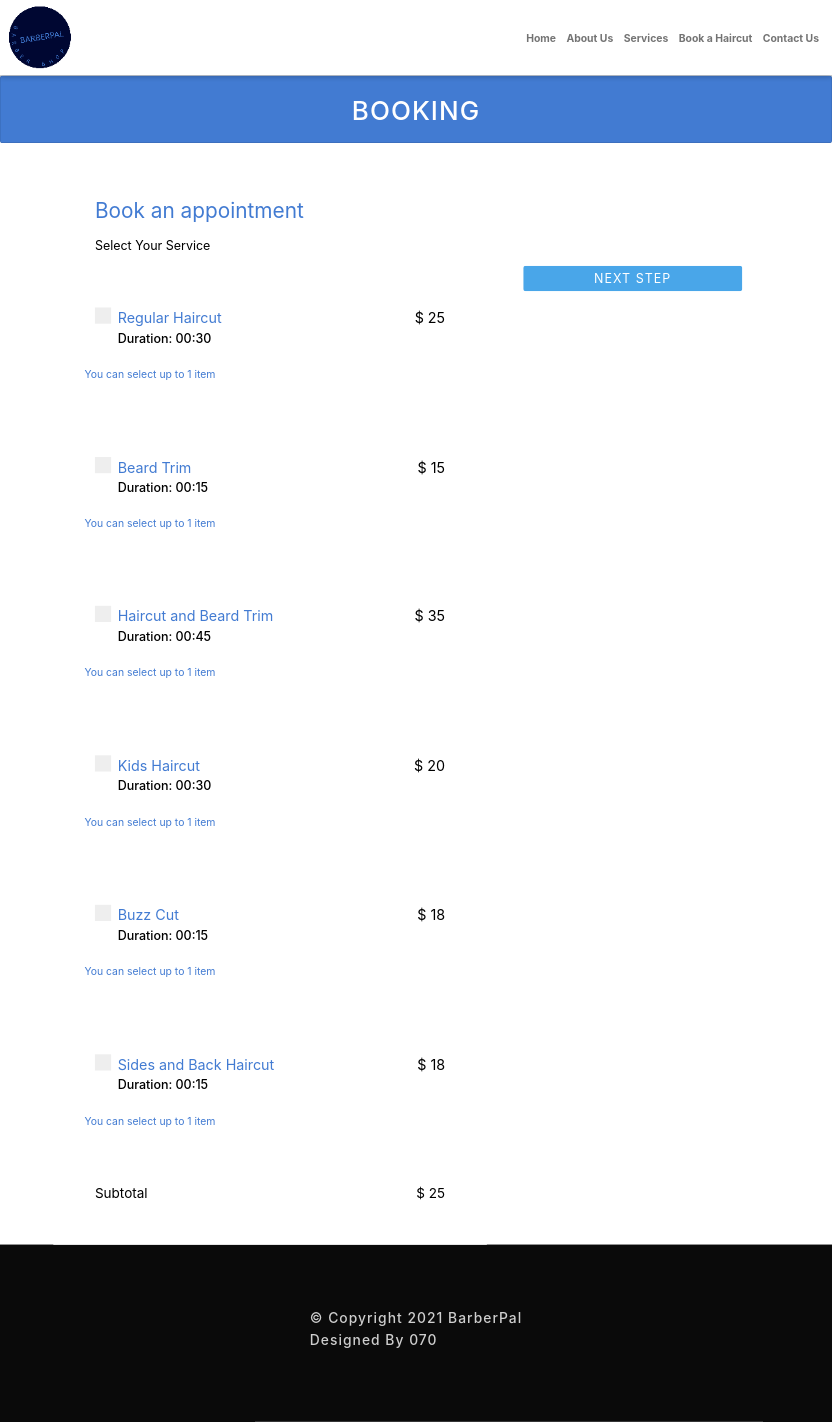
Repository: ofovweewere/haircutPal
Page: /services
These files come from the project's save history. The page is drawn as it stood at one moment and after the next save; the edit follows.
The browser window is 1280 px wide. The pictures show the whole page, at 65% of full size.
The project was rebuilt for these pictures with package versions that can differ from the ones it lists, and the page was loaded fresh each time. Also part of the build but not shown: src/tutorial/0-Practice/bookCut.js, src/tutorial/0-Practice/about.js, src/tutorial/0-Practice/servicesAndProducts.js, src/tutorial/0-Practice/contact.js, src/tutorial/0-Practice/landing.js, src/tutorial/0-Practice/checkboxOptionTwo.js, src/tutorial/0-Practice/error.js.

Above is the page before, as saved 2022-06-25 13:56:36.

### public/index.html
<!DOCTYPE html>
<html lang="en">
  <head>
    <meta charset="utf-8" />
    <link rel="icon" href="%PUBLIC_URL%/favicon.ico" />
    <meta name="viewport" content="width=device-width, initial-scale=1" />
    <meta name="theme-color" content="#000000" />
    <meta
      name="description"
      content="Web site created using create-react-app"
    />
    <link rel="apple-touch-icon" href="%PUBLIC_URL%/logo192.png" />
    <!--
      manifest.json provides metadata used when your web app is installed on a
      user's mobile device or desktop. See https://developers.google.com/web/fundamentals/web-app-manifest/
    -->
    <link rel="manifest" href="%PUBLIC_URL%/manifest.json" />
    <!--
      Notice the use of %PUBLIC_URL% in the tags above.
      It will be replaced with the URL of the `public` folder during the build.
      Only files inside the `public` folder can be referenced from the HTML.

      Unlike "/favicon.ico" or "favicon.ico", "%PUBLIC_URL%/favicon.ico" will
      work correctly both with client-side routing and a non-root public URL.
      Learn how to configure a non-root public URL by running `npm run build`.
    -->
    <title>React App</title>
  </head>
  <body class="Site">
    <noscript>You need to enable JavaScript to run this app.</noscript>
    <div id="root"></div>
    <!--
      This HTML file is a template.
      If you open it directly in the browser, you will see an empty page.

      You can add webfonts, meta tags, or analytics to this file.
      The build step will place the bundled scripts into the <body> tag.

      To begin the development, run `npm start` or `yarn start`.
      To create a production bundle, use `npm run build` or `yarn build`.
    -->
  </body>
</html>

### src/index.js
import React from 'react';
import ReactDOM from 'react-dom';

import App from './App';
// import '../node_modules/jquery/dist/jquery.min.js';
import '../node_modules/bootstrap/dist/css/bootstrap.min.css';
import '../node_modules/bootstrap/dist/js/bootstrap.min.js';
import '../node_modules/font-awesome/css/font-awesome.min.css';

import './index.css';
ReactDOM.render(
  <React.StrictMode>
    <App />
  </React.StrictMode>,
  document.getElementById('root')
);

### src/App.js
import React from 'react';
import Setup from './tutorial/0-Practice/index.js';
// import Setup from './tutorial/2-useEffect/final/3-useEffect-fetch-data.js';
function App() {
  return (
    <div >
      <Setup />
    </div>
  );
  }

export default App;

### src/index.css
/*
===============
Variables
===============
*/

:root {
  /* dark shades of primary color*/
  --clr-primary-1: hsl(205, 86%, 17%);
  --clr-primary-2: hsl(205, 77%, 27%);
  --clr-primary-3: hsl(205, 72%, 37%);
  --clr-primary-4: hsl(205, 63%, 48%);
  /* primary/main color */
  --clr-primary-5: hsl(205, 78%, 60%);
  /* lighter shades of primary color */
  --clr-primary-6: hsl(205, 89%, 70%);
  --clr-primary-7: hsl(205, 90%, 76%);
  --clr-primary-8: hsl(205, 86%, 81%);
  --clr-primary-9: hsl(205, 90%, 88%);
  --clr-primary-10: hsl(205, 100%, 96%);
  /* darkest grey - used for headings */
  --clr-grey-1: hsl(209, 61%, 16%);
  --clr-grey-2: hsl(211, 39%, 23%);
  --clr-grey-3: hsl(209, 34%, 30%);
  --clr-grey-4: hsl(209, 28%, 39%);
  /* grey used for paragraphs */
  --clr-grey-5: hsl(210, 22%, 49%);
  --clr-grey-6: hsl(209, 23%, 60%);
  --clr-grey-7: hsl(211, 27%, 70%);
  --clr-grey-8: hsl(210, 31%, 80%);
  --clr-grey-9: hsl(212, 33%, 89%);
  --clr-grey-10: hsl(210, 36%, 96%);
  --clr-white: #fff;
  --clr-red-dark: hsl(360, 67%, 44%);
  --clr-red-light: hsl(360, 71%, 66%);
  --clr-green-dark: hsl(125, 67%, 44%);
  --clr-green-light: hsl(125, 71%, 66%);
  --clr-black: #222;
  --transition: all 0.3s linear;
  --spacing: 0.1rem;
  --radius: 0.25rem;
  --light-shadow: 0 5px 15px rgba(0, 0, 0, 0.1);
  --dark-shadow: 0 5px 15px rgba(0, 0, 0, 0.4);
  --max-width: 1170px;
  --fixed-width: 450px;
  --clr-orange-1: hsl(12, 83%, 98%);
  --clr-orange-2: hsl(14, 91%, 95%);
  --clr-orange-3: hsl(12, 89%, 89%);
  --clr-orange-4: hsl(13, 87%, 82%);
  --clr-orange-5: hsl(13, 88%, 68%);
  --clr-orange-6: hsl(13, 88%, 55%);
  --clr-orange-7: hsl(13, 74%, 49%);
  --clr-orange-8: hsl(13, 74%, 33%);
  --clr-orange-9: hsl(13, 73%, 25%);
  --clr-orange-10: hsl(13, 73%, 16%);
}
/*
===============
Global Styles
===============
*/

*,
::after,
::before {
  margin: 0;
  padding: 0;
  box-sizing: border-box;
}
body {
  font-family: -apple-system, BlinkMacSystemFont, 'Segoe UI', Roboto, Oxygen,
    Ubuntu, Cantarell, 'Open Sans', 'Helvetica Neue', sans-serif;
  background: var(--clr-grey-10);
  color: var(--clr-grey-1);
  line-height: 1.5;
  font-size: 0.875rem;
}
.Site {
  display: flex;
  min-height: 100vh;
  flex-direction: column;
}
.Site-content {
  flex: 1;
}
.bold
{
  font-weight:bold;
}

.nav-link {
color:#427bd2 ;
font-weight: bold;
}
.breakSection
{
  color:#427bd2 ;
font-weight: normal;
width: 100%;
min-height:6.5rem;
background:#0a0a0a;
}


ul {
  list-style-type: none;
}
a {
  text-decoration: none;
}
h1,
h2,
h3,
h4,
.under,
.titleDescription {
  letter-spacing: var(--spacing);
  text-transform: capitalize;
  line-height: 1.25;
  margin-bottom: 0.75rem;
}
h1 {
  font-size: 3rem;
}
h2,.titleDescription {
  font-size: 2rem;
}

.under
{
  margin-top:2rem;
}
.under, .title, .contact {
  font-size: 1.5rem;
}

 .smallText {
    font-size: 1rem;
  }

  .smallTextTwo {
    font-size: 1.1rem;
  }

h3 {
  font-size: 1.25rem;
},
.h3 {
    font-size: 1.0rem;
  },
h4 {
  font-size: 0.875rem;
}
p {
  margin-bottom: 1.25rem;
  color: var(--clr-grey-5);
}



  /* @media screen and (max-width: 767px) {
    #navbarSupportedContent
        {
            position: fixed !important;
            right: 5rem;
            left: 5rem;
            top:7.3rem;
            background-color: #fff !important;
            border-color: #427bd2 transparent transparent transparent;
            border-style:solid;
        }



  }       */

/* The containers */
.containers {
  display: block;
  position: relative;
  padding-left: 2.188rem;
  margin-bottom: 0.75rem;
  cursor: pointer;
  font-size: 1.375rem;
  -webkit-user-select: none;
  -moz-user-select: none;
  -ms-user-select: none;
  user-select: none;
}

/* Hide the browser's default checkbox */
.containers input {
  position: absolute;
  opacity: 0;
  cursor: pointer;
  height: 0;
  width: 0;
}

/* Create a custom checkbox */
.checkmark {
  position: absolute;
  top: 0;
  left: 0;
  height: 1.563rem;
  width: 1.563rem;
  background-color: #eee;
}

/* On mouse-over, add a grey background color */
.containers:hover input ~ .checkmark {
   /* background-color: #ccc; */
}

/* When the checkbox is checked, add a blue background */
.containers input:checked ~ .checkmark {
   background-color: #2196F3;
}

/* Create the checkmark/indicator (hidden when not checked) */
.checkmark:after {
  content: "";
  position: absolute;
  display: none;
  box-sizing: content-box !important;
}

/* Show the checkmark when checked */
.containers input:checked ~ .checkmark:after {
  display: block;
  box-sizing: content-box !important;
}

/* Style the checkmark/indicator */
.containers .checkmark:after {
  left: 0.563rem;
  top:0.313rem;
  width:0.313rem;
  height: 0.625rem;
  border: solid white;
  border-width: 0 0.188rem 0.188rem 0;
  -webkit-transform: rotate(45deg);
  -ms-transform: rotate(45deg);
  transform: rotate(45deg);
  box-sizing: content-box !important;
}

.hovering div:hover
{
  background:#f3f8fc;
}

.secondItem
{
  color:#427bd2;
  font-size:1rem;
  font-weight:normal;
}

/**************************/

/* The containersTwo */
.containersTwo {
  display: block;
  position: relative;
  padding-left: 2.188rem;
  margin-bottom: 0.75rem;
  cursor: pointer;
  font-size: 1.375rem;
  -webkit-user-select: none;
  -moz-user-select: none;
  -ms-user-select: none;
  user-select: none;
}

/* Hide the browser's default checkbox */
.containersTwo input {
  position: absolute;
  opacity: 0;
  cursor: pointer;
  height: 0;
  width: 0;
}

/* Create a custom checkbox */
.checkmarks {
  position: absolute;
  top: 0;
  right: 0;
  height: 1.563rem;
  width: 1.563rem;
  background-color: #eee;
}

/* On mouse-over, add a grey background color */
.containersTwo:hover input ~ .checkmarks {
   /* background-color: #ccc; */
}

/* When the checkbox is checked, add a blue background */
.containersTwo input:checked ~ .checkmarks {
   background-color: #2196F3;
}

/* Create the checkmarks/indicator (hidden when not checked) */
.checkmarks:after {
  content: "";
  position: absolute;
  display: none;
  box-sizing: content-box !important;
}

/* Show the checkmarks when checked */
.containersTwo input:checked ~ .checkmarks:after {
  display: block;
  box-sizing: content-box !important;
}

/* Style the checkmarks/indicator */
.containersTwo .checkmarks:after {
  left: 0.563rem;
  top:0.313rem;
  width:0.313rem;
  height: 0.625rem;
  border: solid white;
  border-width: 0 0.188rem 0.188rem 0;
  -webkit-transform: rotate(45deg);
  -ms-transform: rotate(45deg);
  transform: rotate(45deg);
  box-sizing: content-box !important;
}/* The containersTwo */
.containersTwo {
  display: block;
  position: relative;
  padding-left: 2.188rem;
  margin-bottom: 0.75rem;
  cursor: pointer;
  font-size: 1.375rem;
  -webkit-user-select: none;
  -moz-user-select: none;
  -ms-user-select: none;
  user-select: none;
}

/* Hide the browser's default checkbox */
.containersTwo input {
  position: absolute;
  opacity: 0;
  cursor: pointer;
  height: 0;
  width: 0;
}

/* Create a custom checkbox */
.checkmarks {
  position: absolute;
  top: 0;
  right: 0;
  height: 1.563rem;
  width: 1.563rem;
  background-color: #eee;
}

/* On mouse-over, add a grey background color */
.containersTwo:hover input ~ .checkmarks {
   /* background-color: #ccc; */
}

/* When the checkbox is checked, add a blue background */
.containersTwo input:checked ~ .checkmarks {
   background-color: #2196F3;
}

/* Create the checkmarks/indicator (hidden when not checked) */
.checkmarks:after {
  content: "";
  position: absolute;
  display: none;
  box-sizing: content-box !important;
}

/* Show the checkmarks when checked */
.containersTwo input:checked ~ .checkmarks:after {
  display: block;
  box-sizing: content-box !important;
}

/* Style the checkmarks/indicator */
.containersTwo .checkmarks:after {
  left: 0.563rem;
  top:0.313rem;
  width:0.313rem;
  height: 0.625rem;
  border: solid white;
  border-width: 0 0.188rem 0.188rem 0;
  -webkit-transform: rotate(45deg);
  -ms-transform: rotate(45deg);
  transform: rotate(45deg);
  box-sizing: content-box !important;
}
@media screen and (min-width: 800px) {
  .about{
    display:flex;
  }
  .haircuts, .haircutsCombo
{
  display:grid;
}
  h1 {
    font-size: 4rem;
  }
  h2,.titleDescription {
    font-size: 2.5rem;
  }

   .under,.title, .contact {
    font-size: 2rem;
  }

   .smallText {
    font-size: 1.2rem;
  }

   .smallTextTwo {
    font-size: 1.3rem;
  }

  h3 {
    font-size: 1.33rem;
  },
  .h3 {
    font-size: 1.0rem;
  },
  h4 {
    font-size: 1rem;
  }
  body {
    font-size: 1rem;
  }
  h1,
  h2,
  h3,
  h4,
  .under,.title, .titleDescription{
    line-height: 1;
  }
}
/*  global classes */

/* section */
.section,
/* .container {
  width: 90vw;
  margin: 0 auto;
  max-width: var(--max-width);
} */

@media screen and (min-width: 992px) {
  .about{
    display:flex;
  }
  .haircuts,.haircutsCombo
{
  display:grid;
}
  .section {
    width: 95vw;
  }
}

/* .container {
  text-align: center;
  margin-top: 0;
} */
.btn {
  display: inline-block;
  background: var(--clr-primary-5);
  color: var(--clr-white);
  padding: 0.25rem 0.75rem;
  border-radius: var(--radius);
  border-color: transparent;
  text-transform: capitalize;
  font-size: 1rem;
  letter-spacing: var(--spacing);
  margin-top: 2rem;
  margin-left: 0.5rem;
  margin-right: 0.5rem;
  cursor: pointer;
  transition: var(--transition);
}
.btn:hover {
  background: var(--clr-primary-1);
  color: var(--clr-primary-5);
}
.item {
  background: var(--clr-white);
  display: flex;
  justify-content: space-between;
  max-width: var(--fixed-width);
  margin: 2rem auto;
  align-items: center;
  border-radius: var(--radius);
}
.item button,
.item a {
  background: transparent;
  border-color: transparent;
  color: var(--clr-primary-5);
  letter-spacing: var(--spacing);
  cursor: pointer;
}
.item {
  padding: 1rem 2rem;
}
.item h4 {
  margin-bottom: 0;
}
.item p {
  margin-bottom: 0;
}
.modal {
  position: absolute;
  top: 2rem;
  left: 50%;
  transform: translateX(-50%);
  background: var(--clr-white);
  display: inline-block;
  padding: 0.25rem 1rem;
  border-radius: var(--radius);
  text-transform: capitalize;
}

.modal p {
  margin-bottom: 0;
  color: var(--clr-red-dark);
}
.form {
  background: var(--clr-white);
  max-width: var(--fixed-width);
  margin: 0 auto;
  margin-bottom: 4rem;
  padding: 1rem 2rem;
  border-radius: var(--radius);
}
.form input {
  background: var(--clr-grey-10);
  border-color: transparent;
  border-radius: var(--radius);
  padding: 0.25rem 0.5rem;
}
.form-control {
  margin: 0.5rem 0;
  display: grid;
  grid-template-columns: 100px 1fr;
  align-items: center;
}
.form button {
  display: inline-block;
  background: var(--clr-black);
  color: var(--clr-white);
  border-color: transparent;
  margin-top: 1rem;
  letter-spacing: var(--spacing);
  padding: 0.15rem 0.25rem;
  text-transform: capitalize;
  border-radius: var(--radius);
  cursor: pointer;
}
.nav-links {
  max-width: var(--fixed-width);
  margin: 0 auto;
  margin-bottom: 4rem;
  display: grid;
  grid-template-columns: repeat(3, 1fr);
}




.haircutsCombo {



  grid-template-columns: repeat(2, minmax(0, 1fr));
   gap: 2rem;
  margin: 1rem 1rem 1rem 2rem;
}

.haircutsCombo > p {
  border: 5px solid #427bd2;
  overflow-wrap: break-word;
}

.haircuts {



  grid-template-columns: repeat(3, minmax(0, 1fr));
   gap: 2rem;
  margin: 1rem 1rem 1rem 2rem;
}

.haircuts > p {
  border: 5px solid #427bd2;
  overflow-wrap: break-word;
}

.title
{
  font-weight: normal;
  color: #fff;
  background:#427bd2;
  padding: 1rem;
  text-align: center;
}

.contact > div
{
  font-weight: normal;


  padding: 2rem;

}


td
{
  vertical-align:top;

}
.table
{
  color: white;
}
table {
  border-collapse: separate;
  border-spacing: 1rem 1rem ;
}
.titleDescription
{
  display: flex;
  align-items: center;
  justify-content: center;
  color:#333;
  padding:2rem;
font-weight: bold;


}

.nav-links a {
  color: var(--clr-grey-5);
}
.users {
  display: grid;
  grid-template-columns: repeat(auto-fit, minmax(300px, 1fr));
  gap: 2rem;
  margin: 3rem auto;
}
.users li {
  width: 100%;
  display: flex;
  align-items: center;
  background: var(--clr-white);
  padding: 1rem 2rem;
  border-radius: var(--radius);
  text-align: left;
}
.users img {
  width: 50px;
  height: 50px;
  border-radius: 50%;
  margin-right: 1rem;
}
.users h4 {
  margin-bottom: 0.15rem;
}
.users a {
  color: var(--clr-grey-5);
  text-transform: capitalize;
}

.products {
  margin: 4rem 0;
  display: grid;
  gap: 2rem;
}
@media screen and (min-width: 576px) {
  .products {
    grid-template-columns: repeat(auto-fit, minmax(300px, 1fr));
  }
}
.product {
  background: var(--clr-white);
  border-radius: var(--radius);
}
.product img {
  border-top-left-radius: var(--radius);
  border-top-right-radius: var(--radius);

  width: 100%;
  height: 15rem;
  object-fit: cover;
}
.product h4 {
  margin-top: 1rem;
}

.product button {
  margin-bottom: 1rem;
  background: var(--clr-primary-5);
  border-radius: var(--radius);
  border-color: transparent;
  color: var(--clr-white);
  padding: 0.25rem 0.5rem;
  text-transform: capitalize;
  cursor: pointer;
}

### src/tutorial/0-Practice/footer.js
import React, { useState, useEffect } from 'react';
import companyLogo from '../../assets/logo.png';

const Footer = () => {

  return (
    <>
      <nav  style={{ backgroundColor: '#0a0a0a', display: 'flex',minHeight: '17rem',justifyContent: 'center', alignItems:'end' }}>
        <div class="container-fluid" style={{ color: '#cecece', alignSelf:'center', width:'auto'  }}>
          <h3 >&copy; Copyright 2021 BarberPal </h3>

          <div>
            <h3  > Designed by 070</h3>
          </div>
        </div>
      </nav>
    </>
  );
};

export default Footer;

### src/tutorial/0-Practice/breakSection.js
import React, { useState, useEffect } from 'react';

const BreakSection = ({ title, ID, background, color }) => {
  const [elementClass, setClass] = useState(
    window.innerWidth < 992
      ? '0px'
      : '100px'
  );
  const checkSize = () => {
    if (window.innerWidth < 992) {
      setClass('0px');
    } else {
      setClass('100px');
    }
  };
  useEffect(() => {

    window.addEventListener('resize', checkSize);
    return () => {
      window.removeEventListener('resize', checkSize);
    };
  }, []);
  return (
    <>
      <div className="card breakSection" id={ID} style={{ scrollMarginTop: elementClass, background:background, color:color }}>
        <div
          class="card-body"
          style={{ display: 'flex', alignItems: 'end', justifyContent: 'center' }}
        >
          <h2>{title}</h2>
        </div>
      </div>
    </>
  );
};

export default BreakSection;

### src/tutorial/0-Practice/checkboxOption.js
import React, { useContext}  from 'react';
import {BookingsContext} from './index.js';
const CheckboxOption = ({title, description, cost, idd}) => {
  let {bookings,checked, itemSelection} = useContext(BookingsContext);

  return (
    <>
      <div
        className="card hovering"
        style={{
          color: 'var(--clr-white)',
          width: '100%',
          minHeight: '10rem',
          background: 'var(--clr-primary-5)',
          border: 'transparent',
        }}
      >
        <div
          class="card-body contact "
          style={{
            display: 'flex',
            alignItems: 'left',
            justifyContent: 'left',
            flexGrow: '1',
            flexDirection: 'column',
            background: '#fff',
            paddingTop: '0',
            paddingBottom: '0',
          }}
        >
          <div className="whiteParagraph">
            <table className="whiteParagraphTab" style={{ width: '100%' }}>
              <thead>
                <tr>
                  <th></th>
                </tr>
              </thead>
              <tbody>
                <tr style={{ color: '#427bd2', fontWeight: 'normal' }}>
                  <td>
                    <label class="containers">
                      <table style={{ borderCollapse: 'collapse', width: '100%' }}>
                        <thead>
                          <tr>
                            <th></th>
                          </tr>
                        </thead>
                        <tbody>
                          <tr>
                            <td>
                              <span style={{ display: 'flex' }}>
                                <span style={{ flexGrow: '1' }}>{title}</span>
                                <span style={{ color: 'black' }}>$ {cost}</span>
                              </span>
                            </td>
                          </tr>
                          <tr class="smallText" style={{ color: 'black', fontWeight: '500' }}>
                            <td>Duration: {description}</td>
                          </tr>

                        </tbody>
                      </table>
                      <input
                        type="checkbox"
                        onChange={() => itemSelection(idd)}
                        disabled={bookings[idd]}
                        checked={checked[idd]}
                      />
                      <span class="checkmark"></span>
                    </label>
                  </td>
                </tr>

                {/* <tr class="smallText" style={{ color: 'black', fontWeight: 'normal' }}>
                  <td>Duration: {description}</td>
                </tr> */}
              </tbody>
            </table>
            <p className='secondItem'>You can select up to 1 item</p>
          </div>
          {/* <div style={{color:'#427bd2',fontWeight:'normal'}} >
             <label class="containers">
                {title}
            <input type="checkbox" />
            <span class="checkmark"></span>
            </label>
            </div>
            <div class='smallText'style={{color:'black', fontWeight:'normal'}}>
                Duration: {description}
            </div> */}

        </div>
      </div>
    </>
  );
};

export default CheckboxOption;

### src/tutorial/0-Practice/footing.js
import React from 'react';

const Footing = ({title, description}) => {


  return (
    <>
      <div
        className="card"
        style={{
          color: 'var(--clr-white)',
          width: '100%',

          background: 'var(--clr-primary-5)',
          border: 'transparent',
        }}
      >
        <div
          class="card-body contact "
          style={{
            display: 'flex',
            alignItems: 'left',
            justifyContent: 'left',
            flexGrow: '1',
            flexDirection: 'column',
            background: '#fff',
            paddingTop: '0',
          }}
        >
          <div className="whiteParagraph" style={{ paddingTop: '0', marginBottom:'0' }}>
            <table className="whiteParagraphTab" style={{ width: '100%' }}>
              <thead>
                <tr>
                  <th></th>
                </tr>
              </thead>
              <tbody>
                <tr class="smallTextTwo" style={{ color: 'black', fontWeight: 'normal' }}>
                  <td>
                    <span style={{ display: 'flex' }}>
                      <span style={{ flexGrow: '1' }}>{title}</span>
                      <span style={{ color: 'black' }}>$ {description}</span>
                    </span>
                  </td>
                </tr>
              </tbody>
            </table>
          </div>
        </div>
      </div>
    </>
  );
};

export default Footing;

Loaded but not shown: src/tutorial/0-Practice/booking.js (111 lines, source omitted); src/tutorial/0-Practice/header.js (115 lines, source omitted); src/tutorial/0-Practice/dummyHeader.js (113 lines, source omitted); src/tutorial/0-Practice/index.js (66 lines, source omitted); src/tutorial/0-Practice/blueButton.js (54 lines, source omitted); src/tutorial/0-Practice/heading.js (62 lines, source omitted)

After the next save:
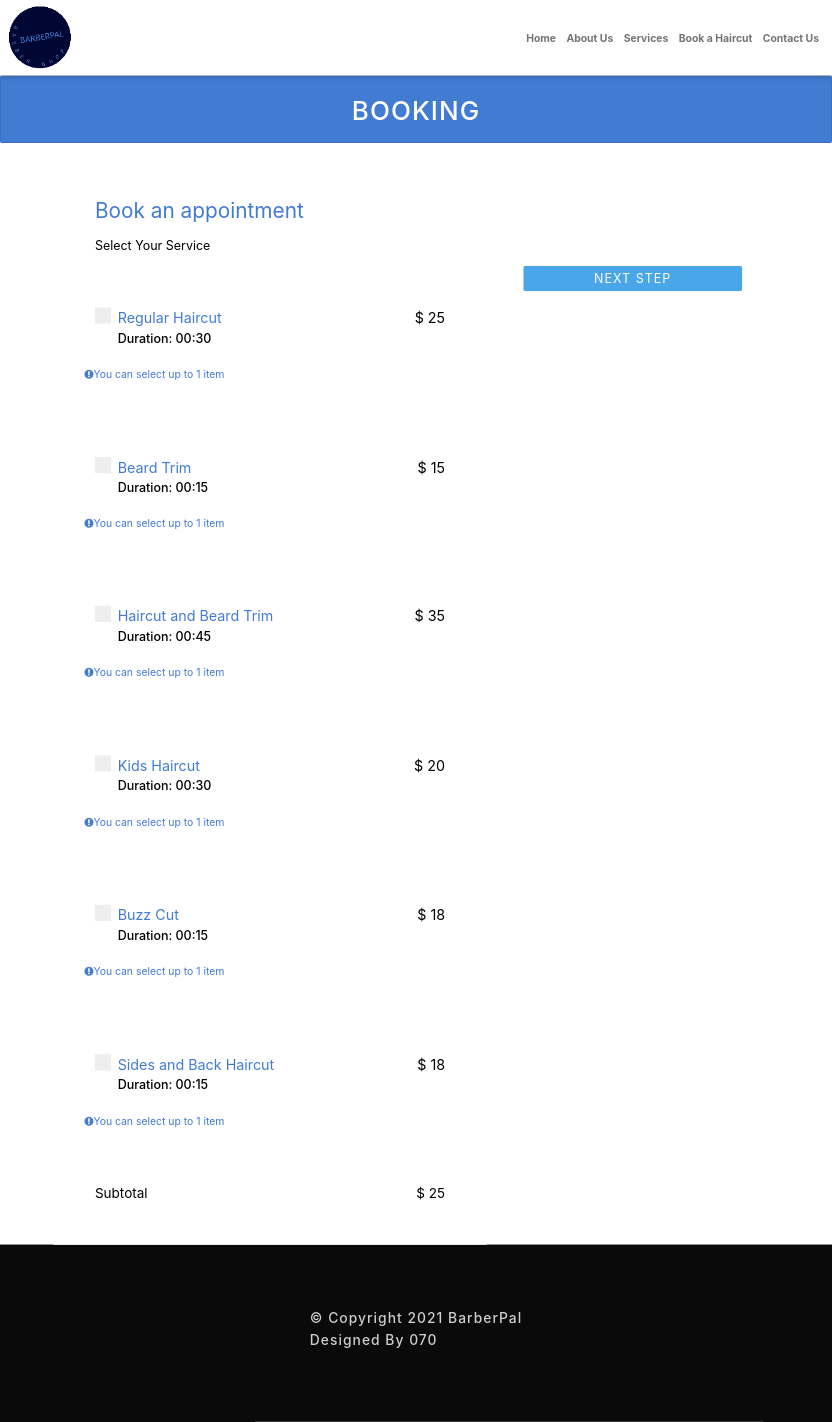
Saved 2 min 22 s later.
--- a/src/tutorial/0-Practice/checkboxOption.js
+++ b/src/tutorial/0-Practice/checkboxOption.js
@@ -76,7 +76,7 @@ const CheckboxOption = ({title, description, cost, idd}) => {
                 </tr> */}
               </tbody>
             </table>
-            <p className='secondItem'>You can select up to 1 item</p>
+            <p className='secondItem'><i class="fa fa-exclamation-circle" aria-hidden="true"></i>You can select up to 1 item</p>
           </div>
           {/* <div style={{color:'#427bd2',fontWeight:'normal'}} >
              <label class="containers">
